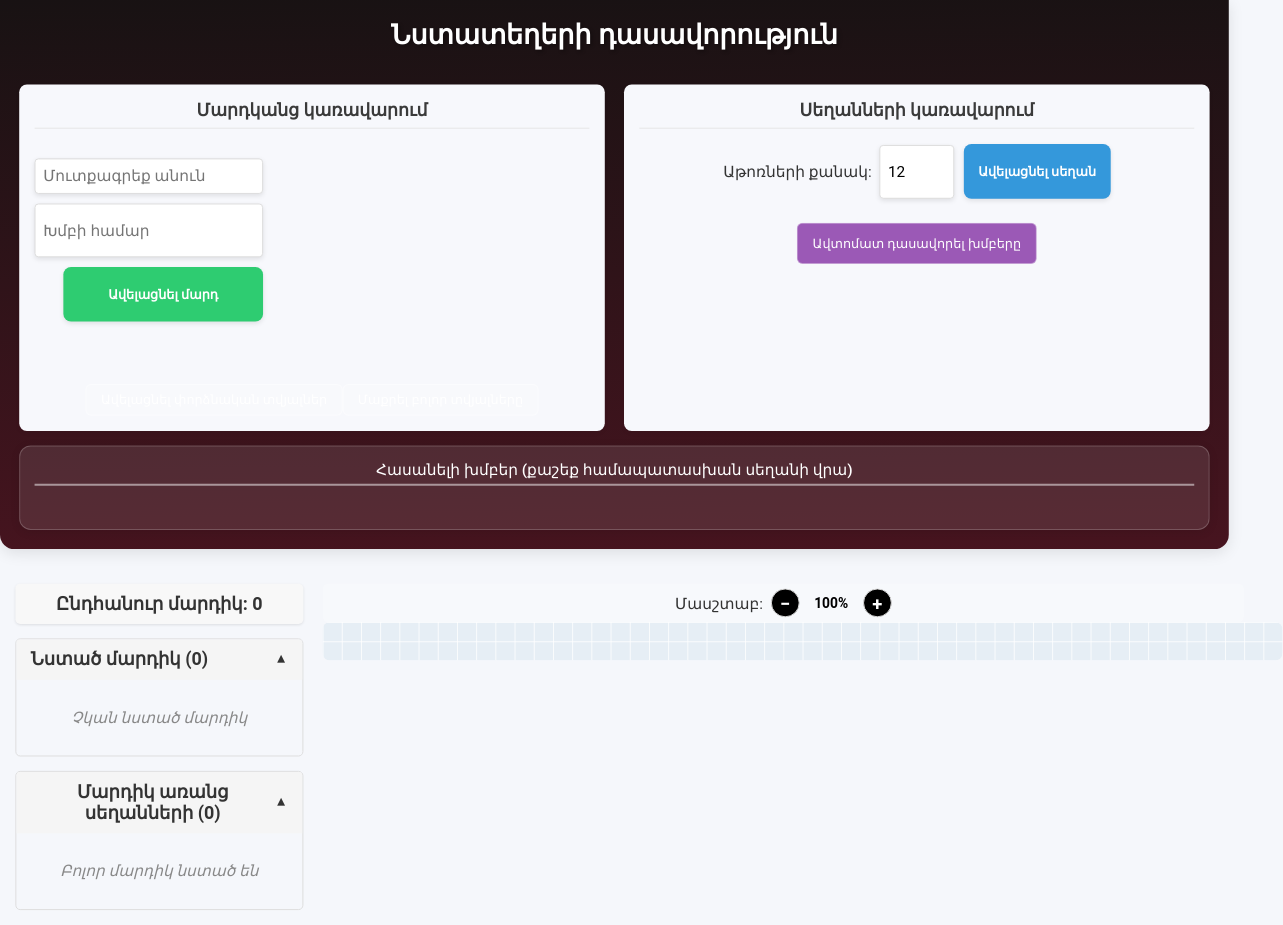
Repository: Vahan-23/Table-V2
Page: /
The author's editor kept a copy of each file at every save. The page is drawn from the files as they stood at one save, then again after the next save.
The browser window is 1280 px wide. The page is 1336 px wide, so the pictures cover 1336 px, including what lies to the right of the window. The pictures show the whole page, at 96% of full size.
The project was rebuilt for these pictures with package versions that can differ from the ones it lists, and the page was loaded fresh each time.

Above is the page before, as saved 2025-03-02 17:26:23.

After the next save:
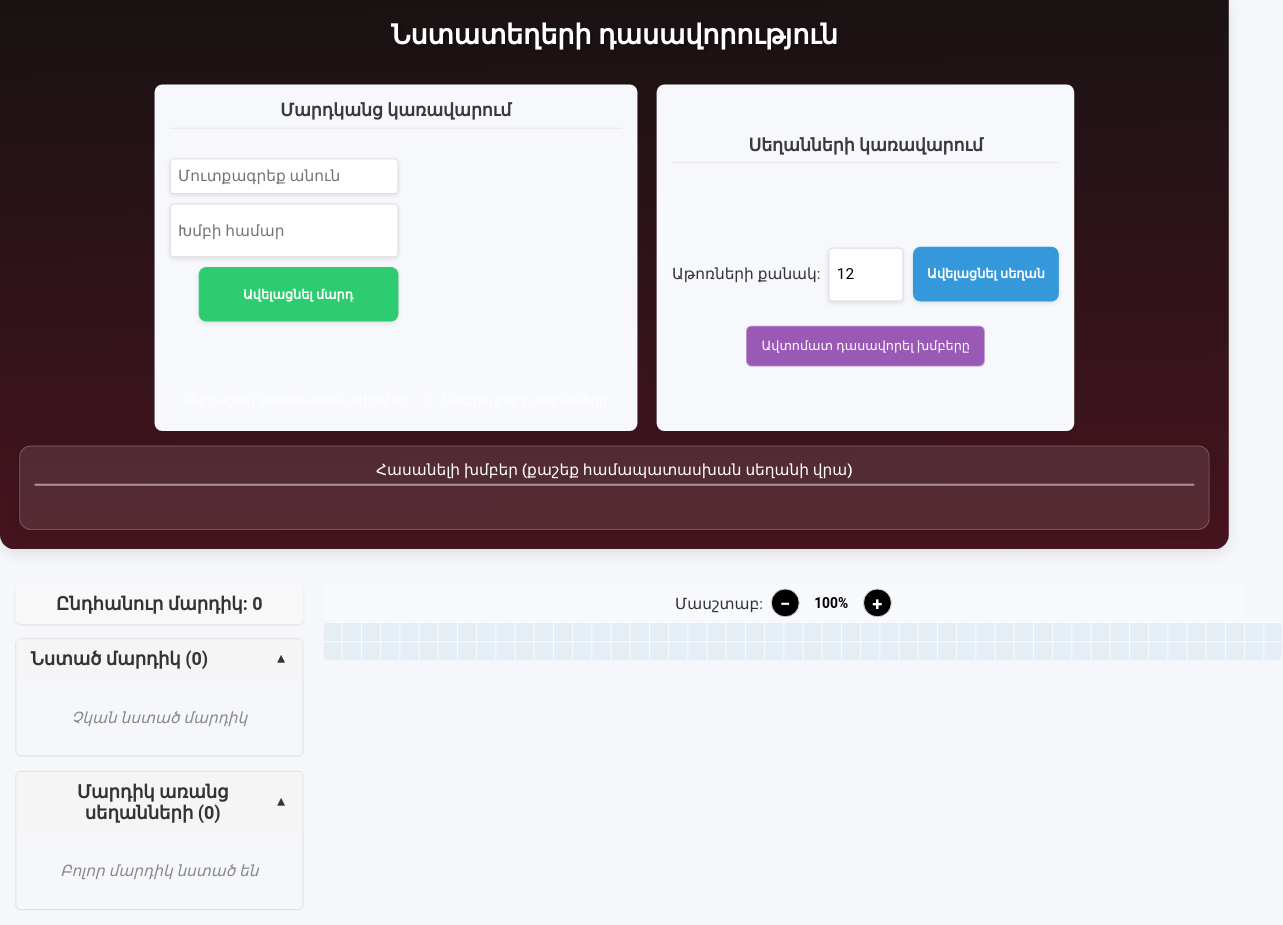
Saved 2 min 26 s later.
--- a/src/component/App.css
+++ b/src/component/App.css
@@ -1022,11 +1022,16 @@ button {
 }
 
 .header-section {
-  flex: 1;
-  background-color: #f7f8fc;
-  border-radius: 8px;
-  padding: 16px;
-  box-shadow: 0 2px 5px rgba(0,0,0,0.05);
+    /* flex: 1 1; */
+    display: flex
+;
+    height: auto;
+    background-color: #f7f8fc;
+    border-radius: 8px;
+    padding: 16px;
+    box-shadow: 0 2px 5px rgba(0, 0, 0, 0.05);
+    flex-direction: column;
+    justify-content: space-around;
 }
 
 .section-main-title {
